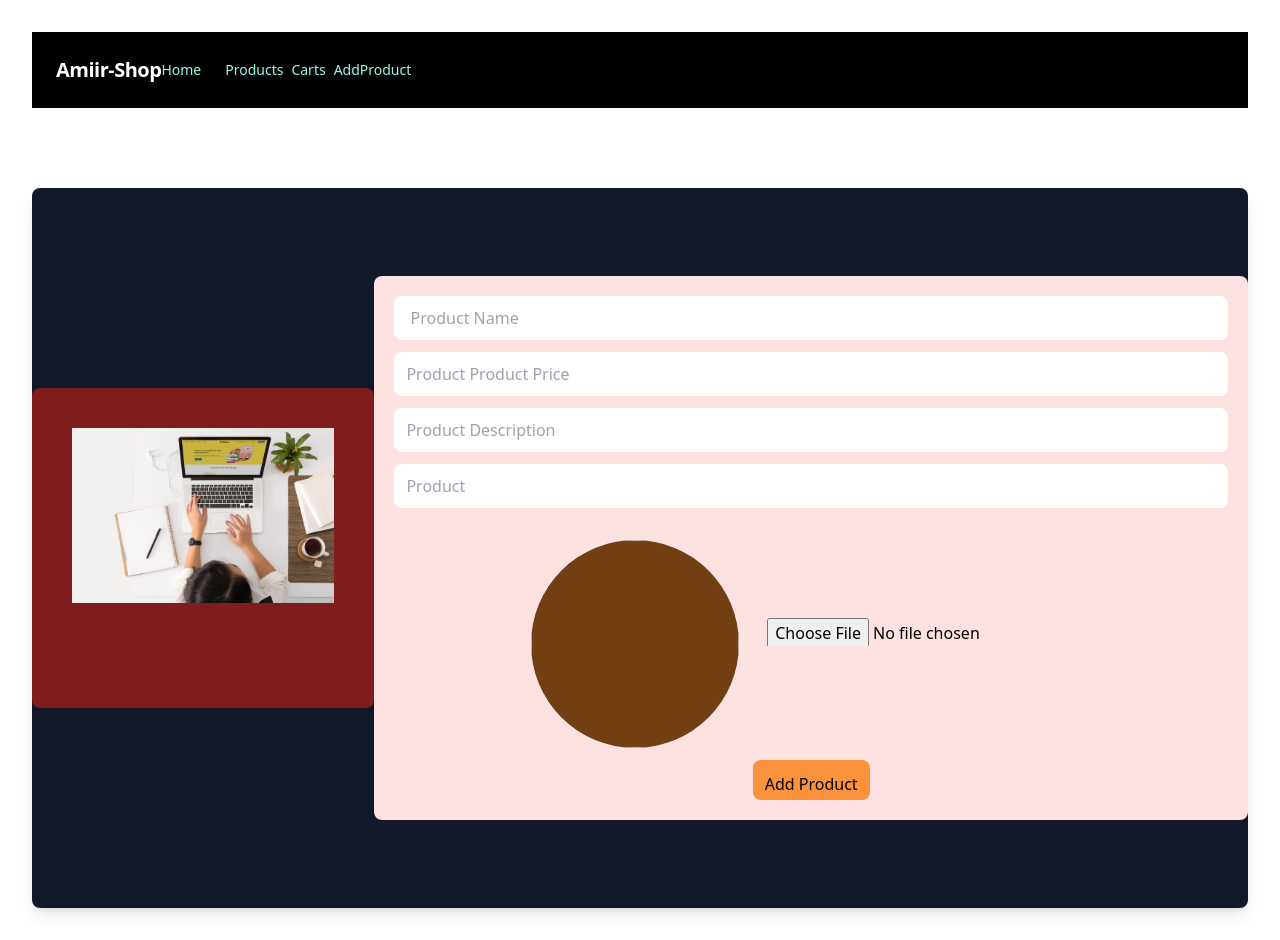
Repository: ENG-AMIIR-MUSE/ECommerce-app-using-react
Page: /addProducts
These files come from the project's save history. The page is drawn as it stood at one moment and after a run of saves; the edit follows.
The browser window is 1280 px wide. The pictures show the whole page.
The page's requests for data from a server got no answer. The project was rebuilt for these pictures with package versions that can differ from the ones it lists, and the page was loaded fresh each time. No one was signed in, and anything a server would have sent is missing. Also part of the build but not shown: vite.config.js, src/Components/productList.js, src/Components/productCard.js.

Above is the page before, as saved 2023-06-24 21:01:50.

After the next 2 saves:
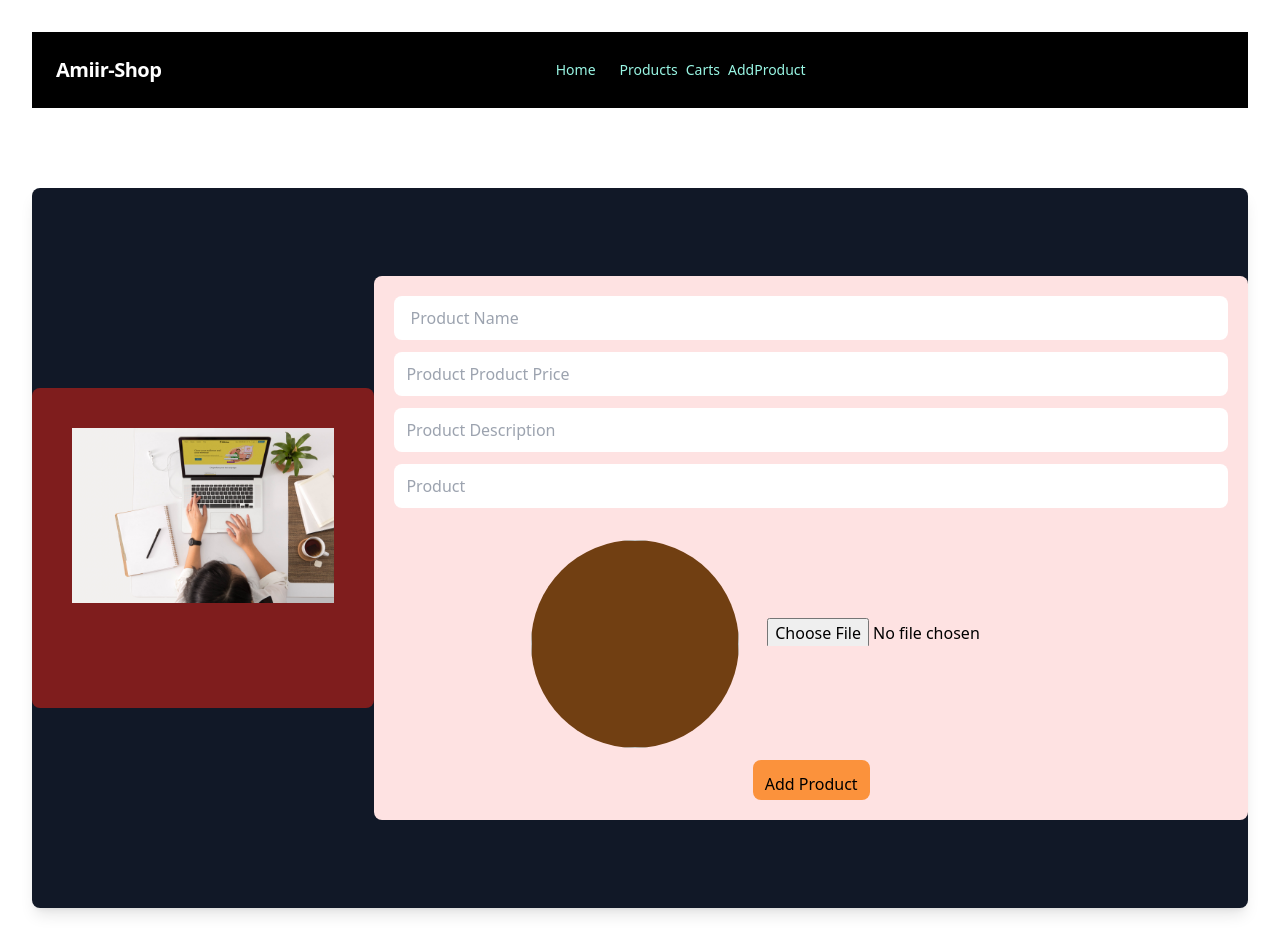
The 2 saves are shown as one change because they came seconds apart.
The last was saved 9 s later.
--- a/src/Components/NavBar.jsx
+++ b/src/Components/NavBar.jsx
@@ -10,7 +10,7 @@ import {Link } from 'react-router-dom'
 
 
   <div className="w-full block flex-grow lg:flex lg:items-center lg:w-auto">
-    <div className="text-sm lg:flex-grow flex space-x-2">
+    <div className="text-sm lg:flex-grow flex space-x-2 justify-center">
       <Link to="/" className="block mt-4 lg:inline-block lg:mt-0 text-teal-200 hover:text-white mr-4">
         Home
       </Link>
